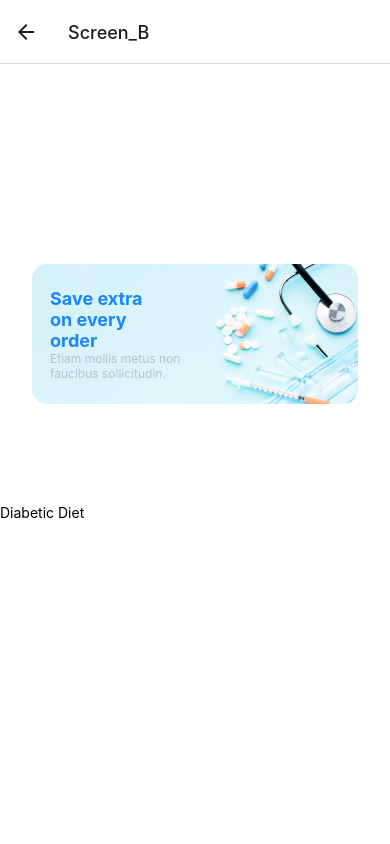
Repository: ntu34543/designReactNative
Screen: /Screen_B
These files come from the project's save history. The screen is drawn as it stood at one moment and after the next save; the edit follows.
The app was drawn by React Native's web renderer in a window 390 px wide. The project was rebuilt for these pictures with package versions that can differ from the ones it lists, and the page was loaded fresh each time.

Above is the screen before, as saved 2022-10-18 16:48:44.

After the next save:
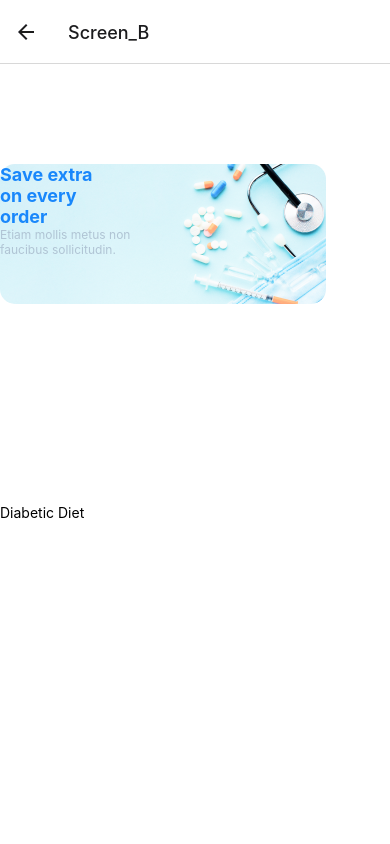
Saved 11 s later.
--- a/page/DiabetesCare.js
+++ b/page/DiabetesCare.js
@@ -37,8 +37,8 @@
     fontWeight: "bold",
   },
   banner: {
-    justifyContent: "center",
-    alignItems: "center",
+    // justifyContent: "center",
+    // alignItems: "center",
     marginTop: 100,
     flex: 1,
   },

After the save that followed:
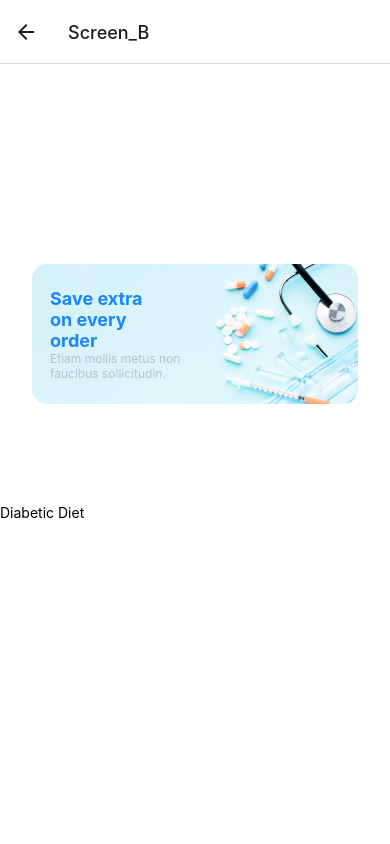
Saved 4 s later.
--- a/page/DiabetesCare.js
+++ b/page/DiabetesCare.js
@@ -37,8 +37,8 @@
     fontWeight: "bold",
   },
   banner: {
-    // justifyContent: "center",
-    // alignItems: "center",
+    justifyContent: "center",
+    alignItems: "center",
     marginTop: 100,
     flex: 1,
   },
